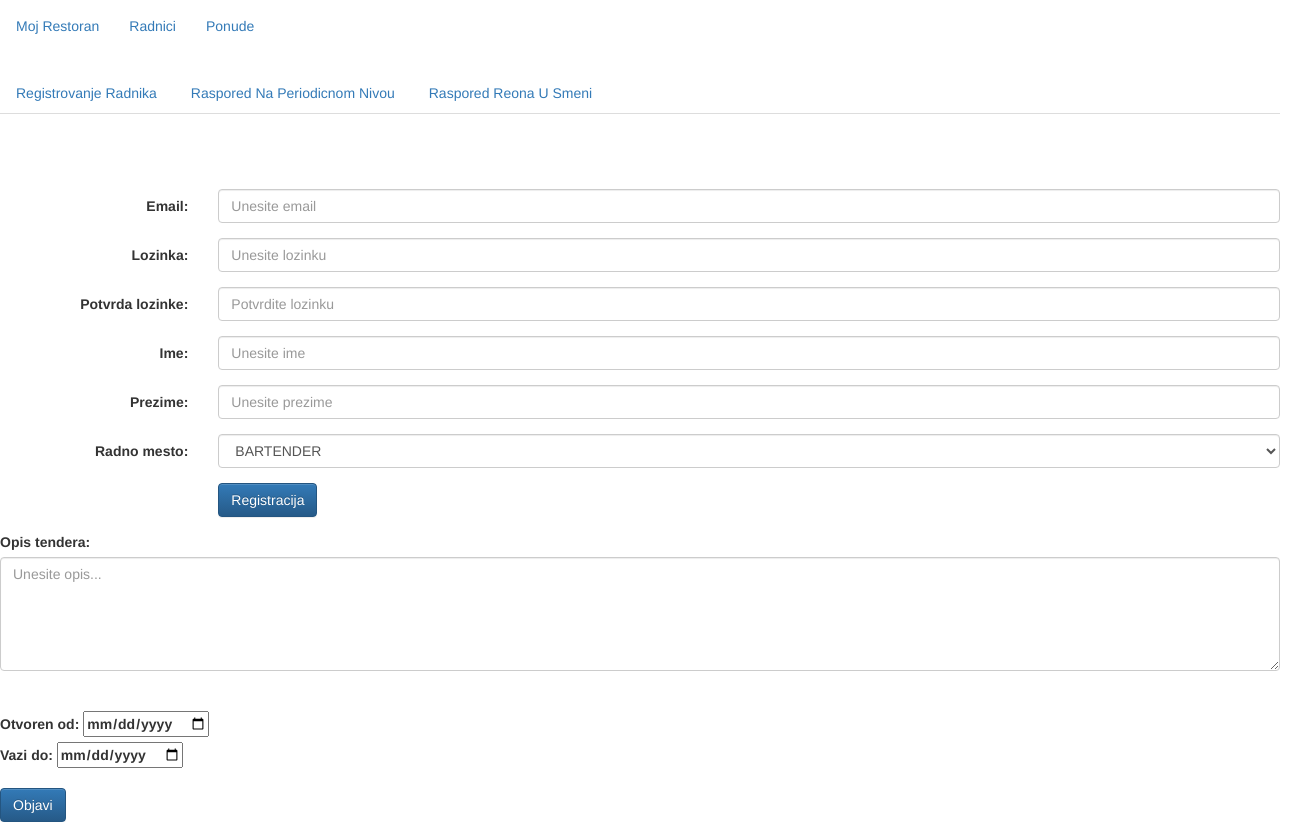
Repository: milanadam94/ISA-2016
Page: jpa-example/src/main/webapp/RestaurantManager/RestaurantManagerWorkers.html
These files come from the project's save history. The page is drawn as it stood at one moment and after the next save; the edit follows.
The browser window is 1280 px wide. The page is 1295 px wide, so the pictures cover 1295 px, including what lies to the right of the window. The pictures show the whole page.
Some web libraries are served in a nearby version.

Above is the page before, as saved 2017-02-26 04:09:48.

After the next save:
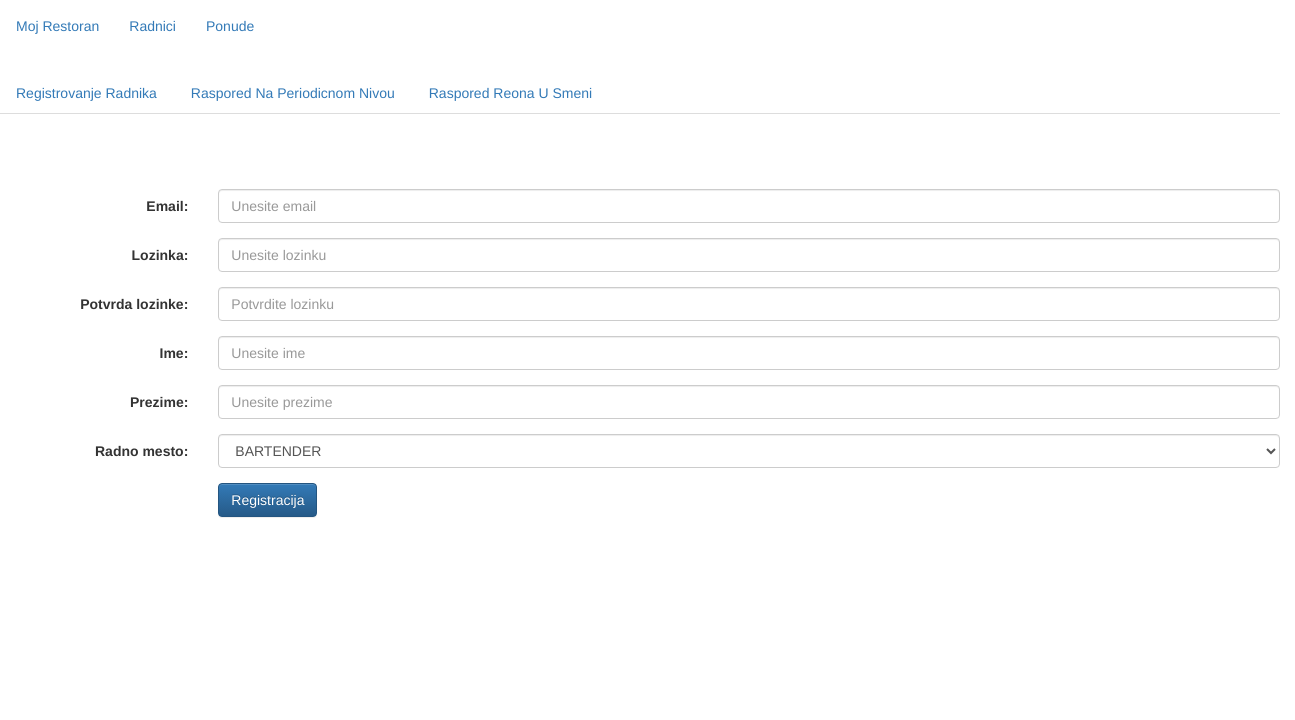
Saved 12 s later.
--- a/jpa-example/src/main/webapp/RestaurantManager/RestaurantManagerWorkers.html
+++ b/jpa-example/src/main/webapp/RestaurantManager/RestaurantManagerWorkers.html
@@ -105,16 +105,6 @@
 		<!--  ================================ -->
 		<div ng-show="periodicniShow">
 
-			<div class="form-group">
-				<label for="description">Opis tendera:</label>
-				<textarea class="form-control" rows="5" id="tenderDescription" ng-model="newTender.description" placeholder="Unesite opis..."></textarea>
-				<br/><br/>
-				<label for="startDate">Otvoren od: <input type="date" ng-model="newTender.startDate" > </input> </label> <br/>
-				<label for="startDate">Vazi do: <input type="date" ng-model="newTender.endDate"> </input> </label>
-
-			</div>
-
-			<button type="submit" class="btn btn-primary" ng-click="ObjaviTender()">Objavi</button>
 
 		</div>
 
